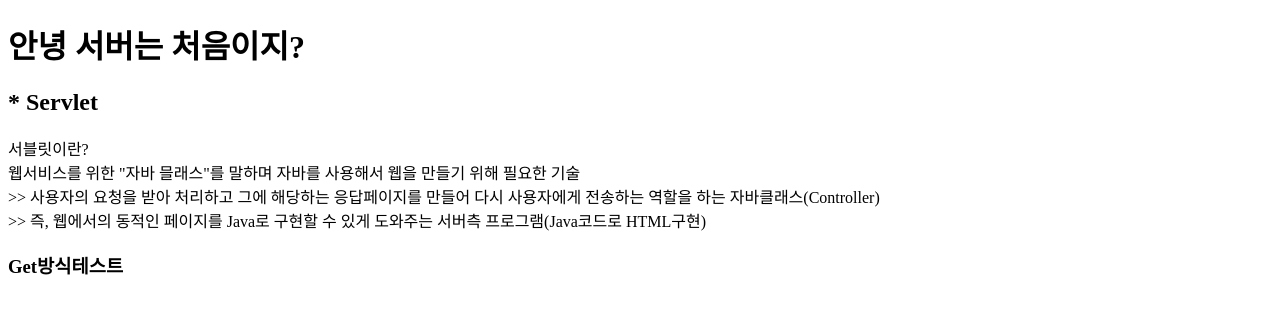
Repository: seunghee971015/Server_Work
Page: Servlet01/src/main/webapp/index.html
These files come from the project's save history. The page is drawn as it stood at one moment and after the next save; the edit follows.
The browser window is 1280 px wide. The pictures show the whole page.

Above is the page before, as saved 2023-10-11 00:35:06.

After the next save:
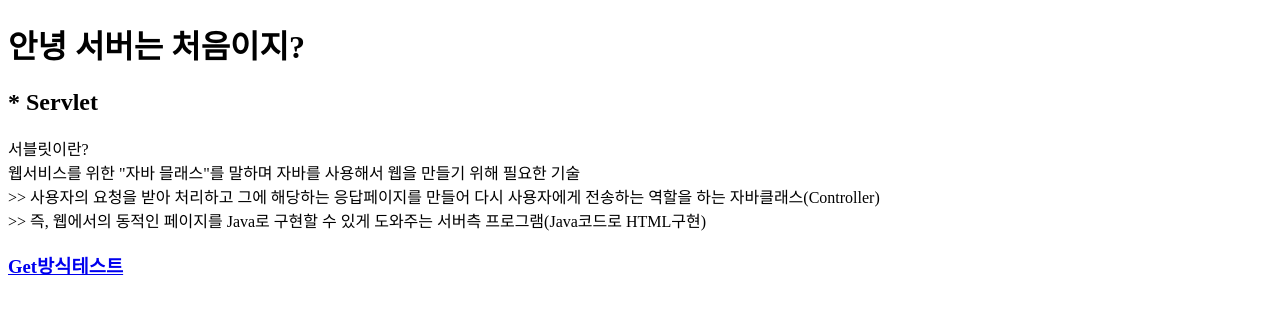
Saved 3 min 33 s later.
--- a/Servlet01/src/main/webapp/index.html
+++ b/Servlet01/src/main/webapp/index.html
@@ -15,7 +15,7 @@
 		>> 즉, 웹에서의 동적인 페이지를 Java로 구현할 수 있게 도와주는 서버측 프로그램(Java코드로 HTML구현)
 	<p>
 
-	<h3><a>Get방식테스트</a<h3/>
+	<h3><a href="views/requestTest_Get.html/">Get방식테스트</a></h3>
 
 </body>
 </html>
